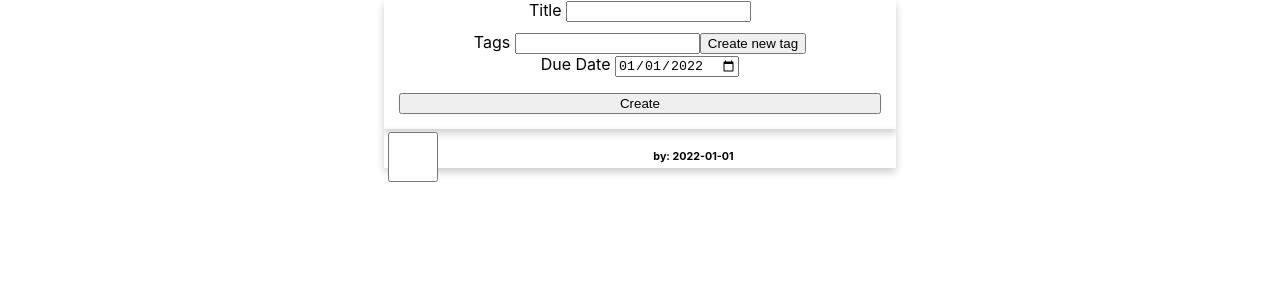
Repository: sanjayMamidipaka/reactappbits
Page: /, after clicking the first element matching `div.submitButton > button`
These files come from the project's save history. The page is drawn as it stood at one moment and after a run of saves; the edit follows.
The browser window is 1280 px wide. The pictures show the whole page.
The project was rebuilt for these pictures with package versions that can differ from the ones it lists, and the page was loaded fresh each time. Also part of the build but not shown: src/components/Tag.css, src/components/Tag.tsx.

Above is the page before, as saved 2022-01-18 18:23:29.

### src/App.tsx
import logo from './logo.svg';
import './App.css';
import TodoList from './components/TodoList';

function App() {
  return (
    <div className="App">
      <TodoList/>
    </div>
  );
}

export default App;

### src/components/TodoList.tsx
import React, { EventHandler } from 'react'
import './TodoList.css'
import { useState } from 'react'
import Tag from './Tag'
import TodoItem from './TodoItem'
/**
 * Thank you for applying to Bits of Good. You are free to add/delete/modify any
 * parts of this project. That includes changing the types.ts, creating css files,
 * modifying import statements, using contexts, etc. We do recommend to keep it simple.
 * You will not be judged based on complexity. We also recommend using
 * multiple components instead of coding everything on this file :)
 *
 * Have fun! Please reach out to hello@bitsofgood.org or wkim330@gatech.edu if you
 * have any questions!
 *
 * Bits of Good Engineering Team
 *
 */
// TODO: Start coding from here

// Here's a baseline todo item type.
// Feel free to extend or create your own interface!

export default function TodoList() {
  const [title, setTitle] = useState('');
  const [tagValue, setTagValue] = useState('');
  const [index, setIndex] = useState(0);
  const [date, setDate] = useState('2022-01-01');
  const completedItems: any[] = [];
  const [todoListCompletedItems, setTodoListCompletedItems] = useState(completedItems);

  const [tagArray, setTagArray] = useState<{name1: string, index1: number}[]>([]);

    const addNewTag = (e: React.MouseEvent<HTMLButtonElement>) => {
      e.preventDefault();
      if (tagValue !== "") {
        setTagArray((tagArray: {name1: string, index1: number}[]) => {
          return [...tagArray, {name1: tagValue, index1: index}];
        });
      }
      setIndex(index + 1);
      setTagValue('');

    }

    const removeElement = (index: number) => {
      setTagArray((tagArray)=>{
        let newTagArray = tagArray.filter((tagObject) => tagObject.index1 !== index);

        return newTagArray;
      })
      console.log(tagArray);

    }

    const handleSubmit = (e: React.MouseEvent<HTMLButtonElement>) => {
      const itemToAdd: any = {
      title: title,
      dueDate: date,
      tagList: tagArray,
      completed: false,
      idx: new Date().getTime().toString()
    }
    setTitle('');
    setTodoListCompletedItems([...todoListCompletedItems, itemToAdd]);
    setTagArray([]);
    }
  return (
    <div>
  <div className="card">
    <label htmlFor="nameLabel">Title </label>
        <input
          type="text"
          value={title}
          onChange={(e) => setTitle(e.target.value)}
        />
        <div style={{padding: '5px'}}></div>

        <label htmlFor="tagLabel">Tags </label>
        <input
          type="text"
          value={tagValue}
          onChange={(e) => setTagValue(e.target.value)}
        />
        <button type="submit" onClick={addNewTag}>
          Create new tag
        </button>

        <div>
          {tagArray.map((tagObject: {name1: string, index1: number}) => {
            return <Tag name={tagObject.name1} key={tagObject.index1} theIndex={tagObject.index1} remove={removeElement} include={"x"}></Tag>
          })}
        </div>

        <label htmlFor="dueDateLabel">Due Date </label>
        <input
          type="date"
          value={date}
          onChange={(e) => setDate(e.target.value)}
        />

        <div style={{padding: '15px'}} className = 'submitButton'>
          <button style ={{width: '100%'}} type='submit' onClick={handleSubmit}>Create</button>
        </div>

</div>

      <div>
          {todoListCompletedItems.map((todoListItem) => {
            return <TodoItem todoListItem={todoListItem} key={todoListItem.idx} index={todoListItem.idx}></TodoItem>
          })}
        </div>

        </div>
  )
}

### src/components/TodoList.css
.card {
  /* Add shadows to create the "card" effect */
  box-shadow: 0 4px 8px 0 rgba(0,0,0,0.2);
  transition: 0.3s;
  width: 40%;
  margin: 0 auto;
}

/* On mouse-over, add a deeper shadow */
.card:hover {
  box-shadow: 0 8px 16px 0 rgba(0,0,0,0.2);
}

/* Add some padding inside the card container */
.container {
  padding: 2px 16px;
}

### src/components/TodoItem.tsx
import React, { EventHandler } from 'react'
import Tag from './Tag';
import './TodoItem.css';

export default function TodoItem({todoListItem, index}: {todoListItem: any, index: string}) {
    const {title, dueDate, tagList, completed} = todoListItem;

    return (
        <div className="card">
            <input type="checkbox" className="checkBox" style={{float: "left"}} />
            <h1 className="name">{title}</h1>
            <h6 className="date">by: {dueDate}</h6>
            <div></div>
            {tagList.map((tagObject: {name1: string, index1: number}, index: number) => {
                return <Tag name={tagObject.name1} key={tagObject.index1} theIndex={tagObject.index1} remove={()=>{}} include={""}></Tag>
            })}
        </div>
    )
}

### src/components/TodoItem.css
.card {
  /* Add shadows to create the "card" effect */
  box-shadow: 0 4px 8px 0 rgba(0,0,0,0.2);
  transition: 0.3s;
  width: 40%;
  margin: 0 auto;
}

/* On mouse-over, add a deeper shadow */
.card:hover {
  box-shadow: 0 8px 16px 0 rgba(0,0,0,0.2);
}

/* Add some padding inside the card container */
.container {
  padding: 2px 16px;
}

.name {
    text-align: left;
    display: inline;
}

.date {
    text-align: right;
    display: inline;
    padding-left: 50px;
}

input.checkBox {
    width: 50px;
    height: 50px;
}

Loaded but not shown: public/index.html (common file); src/index.tsx (common file); src/index.css (common file); src/reportWebVitals.js (common file); src/App.css (common file)

After the next 3 saves:
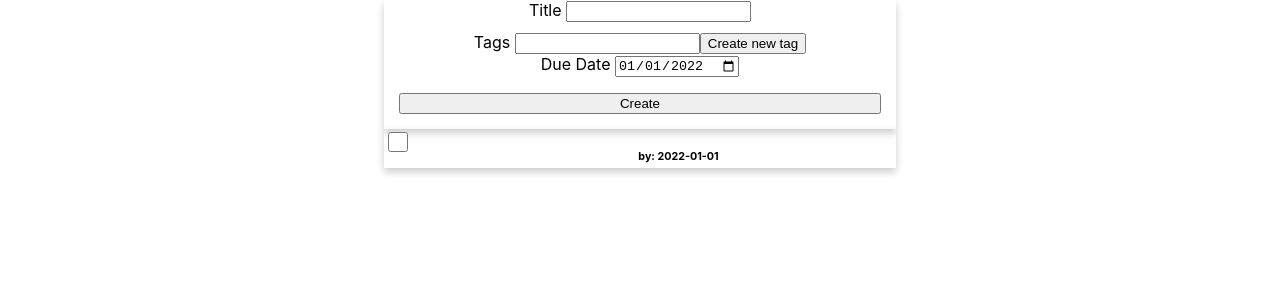
The 3 saves are shown as one change because they came seconds apart.
The last was saved 19 s later.
--- a/src/components/TodoItem.css
+++ b/src/components/TodoItem.css
@@ -28,6 +28,6 @@
 }
 
 input.checkBox {
-    width: 50px;
-    height: 50px;
+    width: 20px;
+    height: 20px;
 }
